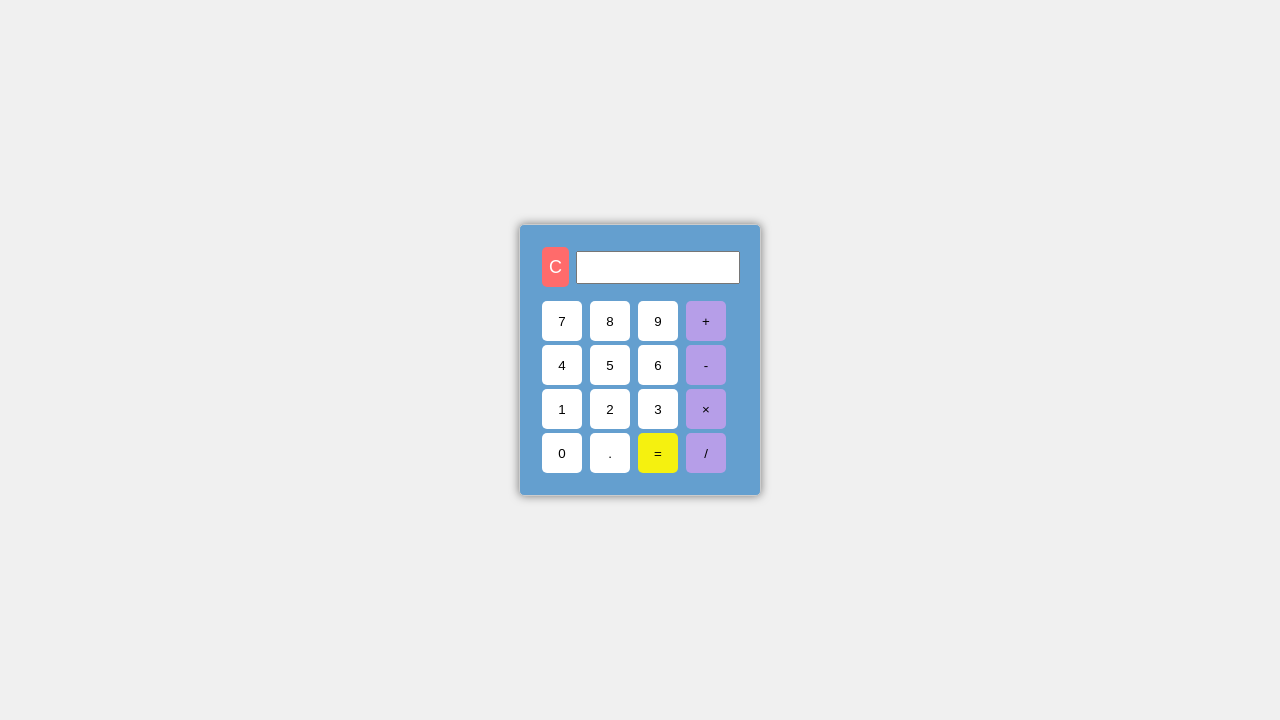
Repository: Burnmyheart/calculator
Page: index.html
An editor plug-in stored every save of this project. The page is shown before and after the next save, followed by the edit.
The browser window is 1280 px wide. The pictures show the whole page.

Above is the page before, as saved 2025-04-28 22:44:00.

### index.html
<!DOCTYPE html>
<html lang="en">
  <head>
    <meta charset="UTF-8" />
    <meta name="viewport" content="width=device-width, initial-scale=1.0" />
    <title>Калькулятор</title>
    <link rel="stylesheet" href="style.css" />
  </head>
  <body>
    <div class="calculator">
      <!-- Поле вывода и кнопка сброса -->
      <div class="display-container">
        <button class="clear" onclick="clearDisplay()">C</button>
        <input type="text" id="display" readonly />
      </div>

      <!-- Кнопки калькулятора -->
      <div>
        <button onclick="addNumber('7')">7</button>
        <button onclick="addNumber('8')">8</button>
        <button onclick="addNumber('9')">9</button>
        <button class="operation" onclick="addOperation('+')">+</button>
      </div>
      <div>
        <button onclick="addNumber('4')">4</button>
        <button onclick="addNumber('5')">5</button>
        <button onclick="addNumber('6')">6</button>
        <button class="operation" onclick="addOperation('-')">-</button>
      </div>
      <div>
        <button onclick="addNumber('1')">1</button>
        <button onclick="addNumber('2')">2</button>
        <button onclick="addNumber('3')">3</button>
        <button class="operation" onclick="addOperation('*')">×</button>
      </div>
      <div>
        <button onclick="addNumber('0')">0</button>
        <button onclick="addNumber('.')">.</button>
        <button class="calculate" onclick="calculate()">=</button>
        <button class="operation" onclick="addOperation('/')">/</button>
      </div>
    </div>

    <script src="calculator.js"></script>
  </body>
</html>

### style.css
/* Базовые стили для читаемости */
body {
  display: flex;
  justify-content: center;
  align-items: center;
  min-height: 100vh;
  margin: 0;
  background-color: #f0f0f0;
}

.calculator {
  background-color: #649fcf;
  padding: 20px;
  border: 1px solid #ccc;
  border-radius: 5px;
  width: 200px;
  box-shadow: 0 0 10px 0 rgba(0, 0, 0, 0.5);
}

.display-container {
  margin-bottom: 10px;
  display: flex;
  align-items: center;
}

#display {
  width: 150px;
  height: 25px;
  margin-left: 5px;
  padding: 2px 5px;
  text-align: right;
}

button {
  width: 40px;
  height: 40px;
  margin: 2px;
  border: none;
  background-color: white;
  border-radius: 5px;
}

.clear {
  background-color: #ff6b6b;
  color: white;
  width: 40px;
  height: 40px;
  font-size: 18px;
}

.calculate {
  background-color: #f5f10f;
}

.operation {
  background-color: #ef9efa98;
}

### calculator.js
// Получаем элемент дисплея
const display = document.getElementById("display");

// Переменные для хранения данных
let firstNumber = "";
let operator = "";
let newNumber = false;

// Добавление цифры
function addNumber(num) {
  if (newNumber) {
    display.value = num;
    newNumber = false;
  } else {
    display.value += num;
  }
}

// Добавление операции
function addOperation(op) {
  // Проверяем, что есть число для операции
  if (display.value === "") {
    display.value = "Ошибка: введите число";
    return;
  }
  // Если уже есть операция, выполняем её
  if (firstNumber && operator) {
    calculate();
  }
  firstNumber = display.value;
  operator = op;
  newNumber = true;
}

// Вычисление результата
function calculate() {
  // Проверяем наличие всех необходимых данных
  if (!firstNumber || !operator || !display.value) {
    display.value = "Ошибка: неполное выражение";
    return;
  }

  let result;
  let a = parseFloat(firstNumber);
  let b = parseFloat(display.value);

  switch (operator) {
    case "+":
      result = a + b;
      break;
    case "-":
      result = a - b;
      break;
    case "*":
      result = a * b;
      break;
    case "/":
      if (b === 0) {
        display.value = "Ошибка: деление на ноль";
        firstNumber = "";
        operator = "";
        newNumber = true;
        return;
      }
      result = a / b;
      break;
  }

  display.value = result;
  firstNumber = "";
  operator = "";
  newNumber = true;
}

// Очистка дисплея
function clearDisplay() {
  display.value = "";
  firstNumber = "";
  operator = "";
  newNumber = false;
}

After the next save:
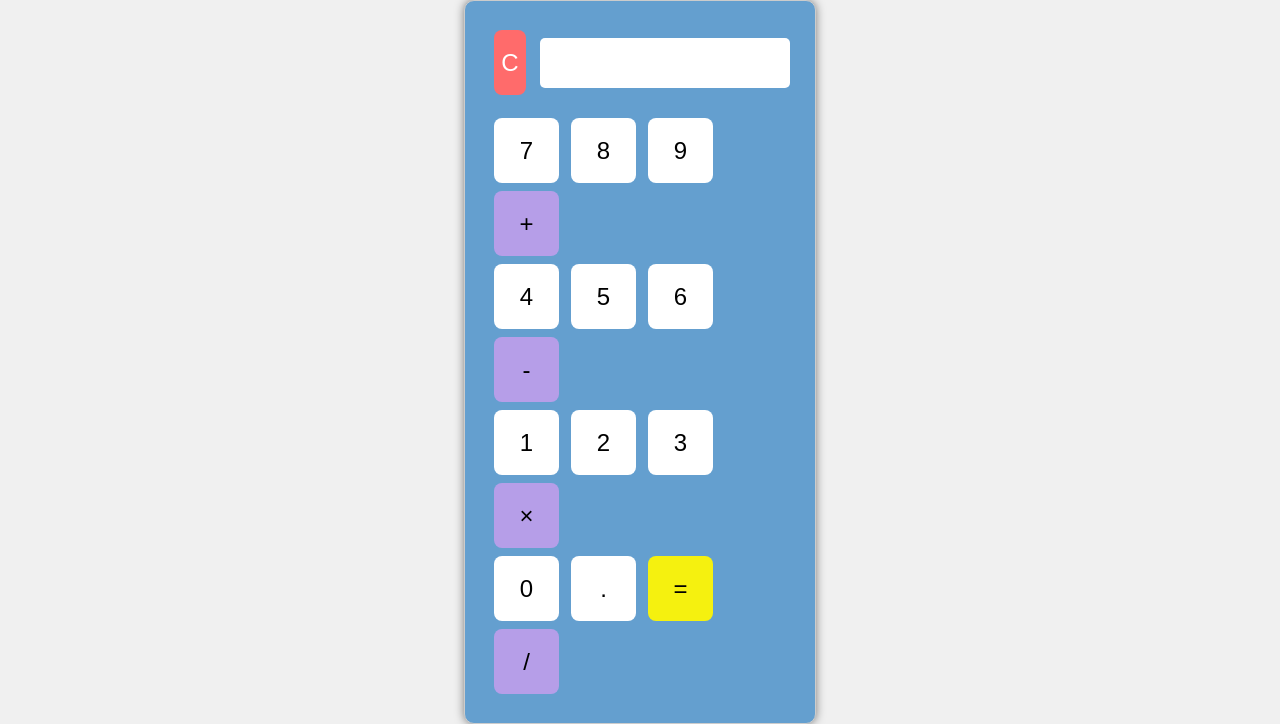
Saved 2 min 7 s later.
--- a/style.css
+++ b/style.css
@@ -10,42 +10,46 @@ body {
 
 .calculator {
   background-color: #649fcf;
-  padding: 20px;
+  padding: 25px;
   border: 1px solid #ccc;
-  border-radius: 5px;
-  width: 200px;
+  border-radius: 10px;
+  width: 300px;
   box-shadow: 0 0 10px 0 rgba(0, 0, 0, 0.5);
 }
 
 .display-container {
-  margin-bottom: 10px;
+  margin-bottom: 15px;
   display: flex;
   align-items: center;
+  gap: 10px;
 }
 
 #display {
-  width: 150px;
-  height: 25px;
-  margin-left: 5px;
-  padding: 2px 5px;
+  width: 230px;
+  height: 40px;
+  padding: 5px 10px;
   text-align: right;
+  font-size: 24px;
+  border-radius: 5px;
+  border: none;
 }
 
 button {
-  width: 40px;
-  height: 40px;
-  margin: 2px;
+  width: 65px;
+  height: 65px;
+  margin: 4px;
   border: none;
   background-color: white;
-  border-radius: 5px;
+  border-radius: 8px;
+  font-size: 24px;
+  cursor: pointer;
 }
 
 .clear {
   background-color: #ff6b6b;
   color: white;
-  width: 40px;
-  height: 40px;
-  font-size: 18px;
+  width: 65px;
+  height: 65px;
 }
 
 .calculate {
